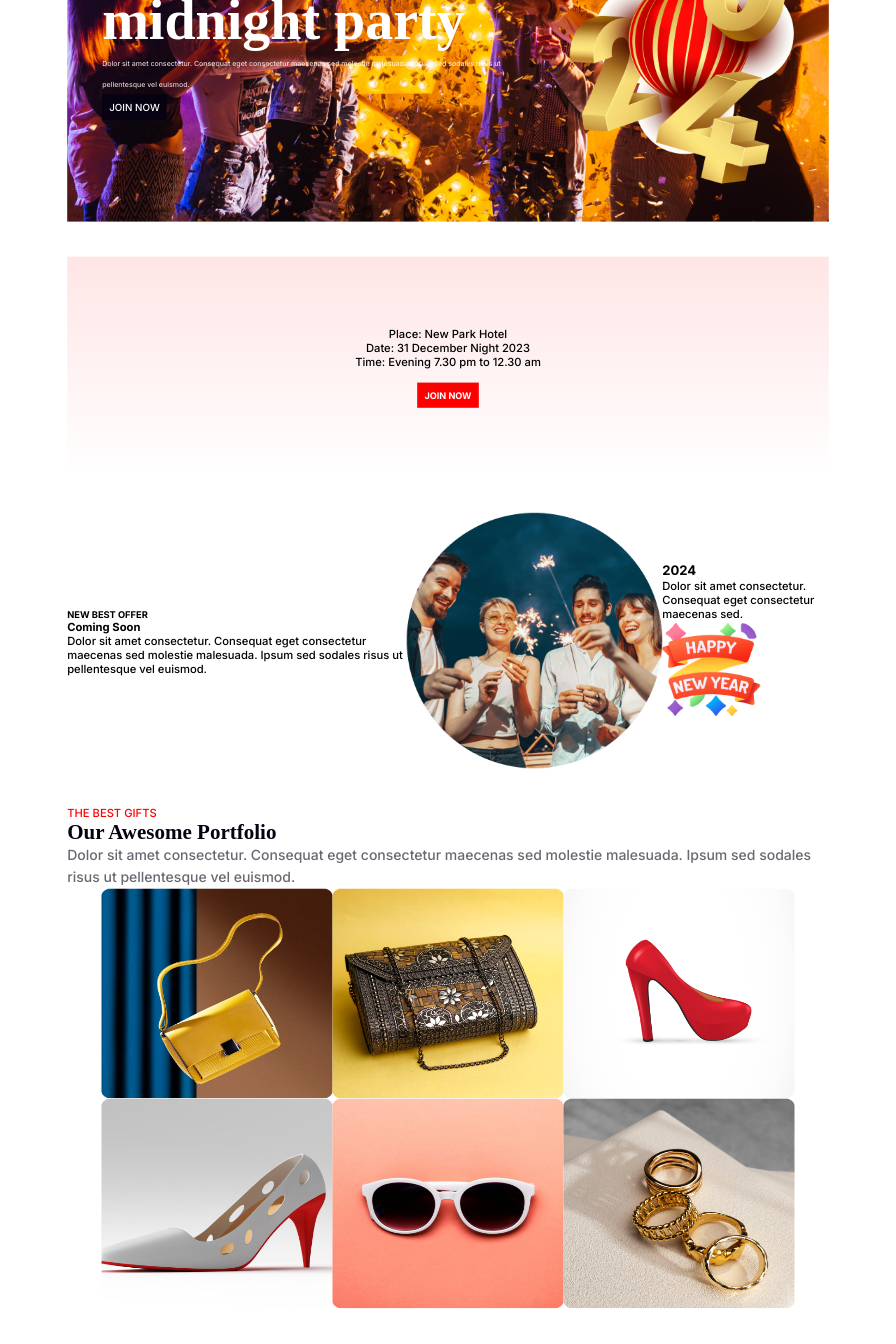
Repository: sumonkumarsarkar/new-year-2024
Page: index.html
These files come from the project's save history. The page is drawn as it stood at one moment and after the next save; the edit follows.
The browser window is 1280 px wide. The pictures show the part of the page from y = 1701 to 3621 px (the page is 3621 px tall), at 70% of full size.

Above is the page before, as saved 2024-01-08 13:11:51.

After the next save:
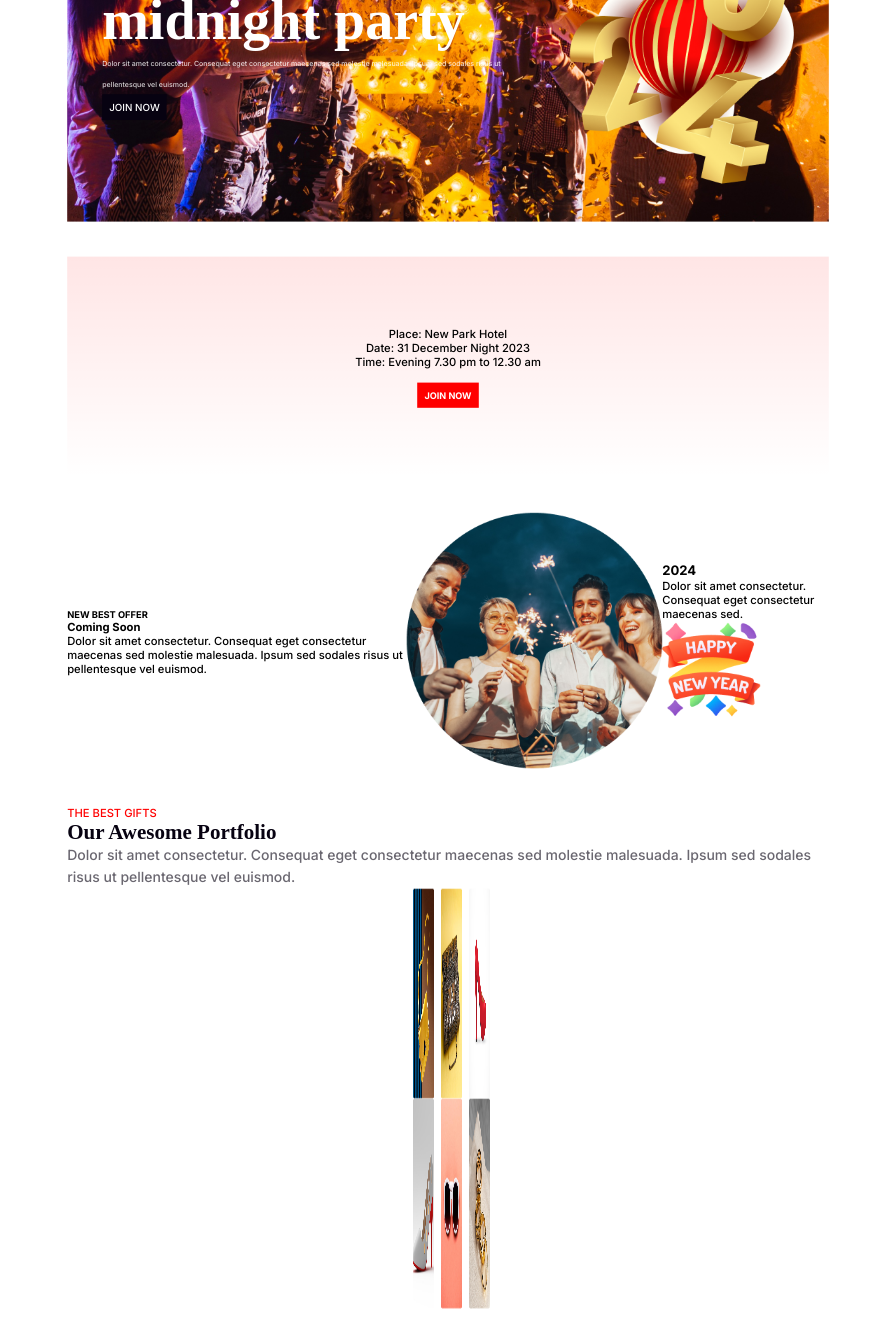
Saved 30 s later.
--- a/style.css
+++ b/style.css
@@ -243,8 +243,9 @@ line-height: 32px; /* 160% */
 
 }
 .image-div img{
-    width: 330px;
+    width: 30px;
     height: 300px;
+    padding-left: 10px;
 
 }
 
